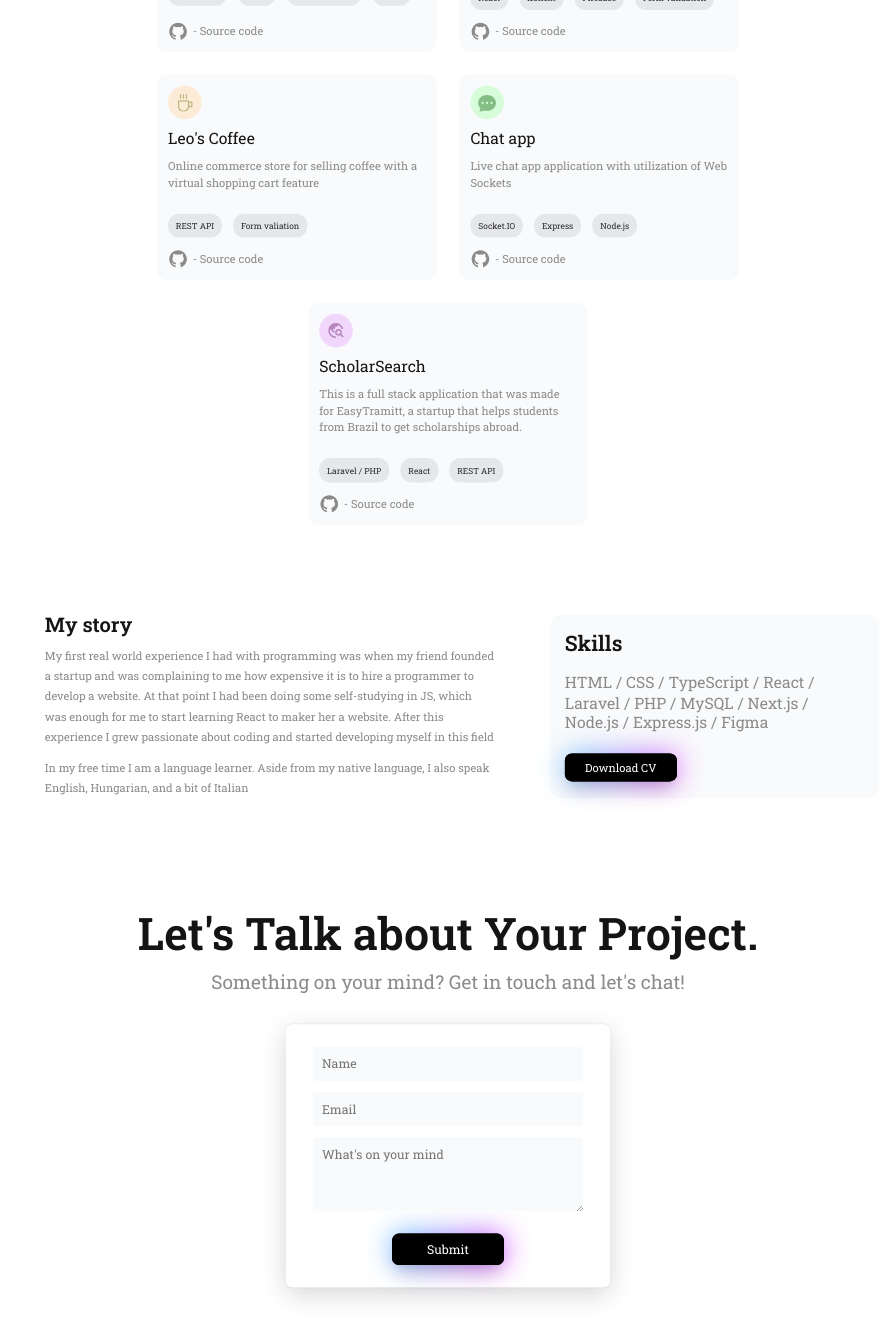
Repository: Leoka2000/portfolio-final
Page: /
The author's editor kept a copy of each file at every save. The page is drawn from the files as they stood at one save, then again after the next save.
The browser window is 1280 px wide. The pictures show the part of the page from y = 1045 to 2965 px (the page is 2965 px tall), at 70% of full size.
The page's requests for data from a server got no answer. Some web fonts or font styles are not loaded; a fallback is used. The project was rebuilt for these pictures with package versions that can differ from the ones it lists, and the page was loaded fresh each time. No one was signed in, and anything a server would have sent is missing. Also part of the build but not shown: src/App.css. Imported but missing from the stored project, and not drawn on this page: src/assets/LeoCV.pdf, src/assets/ScholarSearch.mp4.

Above is the page before, as saved 2023-05-11 19:31:49.

### public/index.html
<!DOCTYPE html>
<html lang="en">
  <head>
    <meta charset="utf-8" />
    <link rel="icon" href="%PUBLIC_URL%/favicon.ico" />
    <meta name="viewport" content="width=device-width, initial-scale=1" />
    <meta name="theme-color" content="#000000" />
    <meta
      name="description"
      content="Web site created using create-react-app"
    />
    <link rel="apple-touch-icon" href="%PUBLIC_URL%/logo192.png" />
    <!-- font -->
    <link rel="preconnect" href="https://fonts.googleapis.com">
    <link rel="preconnect" href="https://fonts.gstatic.com" crossorigin>
    <link href="https://fonts.googleapis.com/css2?family=Fira+Sans+Extra+Condensed:wght@300&family=Roboto+Condensed:wght@300&family=Roboto+Slab:wght@400;500;600&display=swap" rel="stylesheet">

    <!-- font -->
    <link rel="manifest" href="%PUBLIC_URL%/manifest.json" />

    <title>React App</title>
  </head>
  <body>
    <noscript>You need to enable JavaScript to run this app.</noscript>
    <div id="root"></div>
    <!--
      This HTML file is a template.
      If you open it directly in the browser, you will see an empty page.

      You can add webfonts, meta tags, or analytics to this file.
      The build step will place the bundled scripts into the <body> tag.

      To begin the development, run `npm start` or `yarn start`.
      To create a production bundle, use `npm run build` or `yarn build`.
    -->
  </body>
</html>

### src/pages/main/home.jsx
import React from 'react'
import Navbar from '../../compontents/navbar/navbar'
import Hero from './hero/hero'
import Work from './work/work-parent'
import About from './about/about'
import Contact from '../contact/contact'


const Home = () => {
  return (
    <>
      <Hero/>
      <Work/>
      <About/>
      <Contact/>
    </>
  )
}

export default Home

### src/compontents/navbar/navbar.css
.nav-navbar {
    display: flex;
    justify-content: flex-start;

    align-items: center;
    height: 90px;
}

.nav-navbar > span {
    display: flex;
    color: var(--h1);
    text-align: center;
    align-items: center;
    justify-content: center;
    background-color: #f5f5f5;
    font-weight: 300;
    padding: 9px 30px;
    border-radius: 30px;
    height: 2rem;
    gap: 1rem;
    width: auto;
    position: absolute;
    right: 30rem;

}
.nav-navbar > span > div {
width: 1.4rem;
border-radius: 100%;
background-color: rgb(101, 223, 101);
height: 1.4rem;
}
.dropdown-menu{
    position: absolute;
    right: 0;
    margin-right: 2rem;


}
.nav-dropdown {
    transform: none;
    transition: all 2s ease-in-out;
    margin-top: 1rem;
    background-color: #f5f5f5;
    position: absolute;
    top: 1;
    right: 0;
    border-radius: 10px;
    width: 10rem;
    height: 8.5rem;
    font-size: 1.2rem;
    transition: all .2s ease-in-out;
    box-shadow: rgba(0, 0, 0, 0.1) 0px 20px 25px -5px, rgba(0, 0, 0, 0.04) 0px 10px 10px -5px;
    opacity:1;
    transition:

     0s linear,
     1s linear;
}
.nav-dropdown::before {
    content: "";
z-index: -1;
position: absolute;
top: 0;
right: 0;
bottom: 0;
left: 0;
background: linear-gradient(-45deg,#e81cff,#40c9ff);
transform: translateZ(0) scale(.95);
filter: blur(20px);
opacity: .6;
transition: .3s;
border-radius: inherit;
transition: all 2s ease-in-out;

}
.dropdown{

    list-style: none;
    display: flex;
 flex-direction: column;
 padding: 1rem;
 transform: none;
 opacity:1;
    transition:

     0s linear,
     1s linear;


}

.dropdown > a {
    list-style: none;
    width: 84%;
    display: flex;
    padding: 0.5rem 1rem 0.5rem 0.7rem;
}
.dropdown > a > a {
    width: 100%;
}
.dropdown a:hover {
    background-color: rgb(219, 219, 219);
    cursor: pointer;
    border-radius: 10px;
    transition: 0.2s;
}
.nav-navbar > div > button {
    background-color: transparent;
    outline: none;
    border: none;
    display: flex;
    align-items: center;
    background-color: #f5f5f5;
    border-radius: 10px;

    padding: 0.8rem;
    justify-content: center;
    gap: 0.2rem;
    cursor: pointer;
    position: relative;
    transition: 0.3s;
}
.nav-navbar > div > button:hover {
background-color: rgb(228, 228, 228);
transform: scale(1.1);
}
.dropdown-menu > button > p {
    font-size: 1.2rem;

}
.dropdown-menu button svg {
    font-size: 1.5rem;
}

### src/pages/main/hero/hero.jsx
import React from 'react'
import {AiFillGithub} from 'react-icons/ai'
import {AiOutlineMail} from 'react-icons/ai'
import {AiFillLinkedin} from 'react-icons/ai'
import './hero.css'
import { Link } from 'react-scroll'

const hero = () => {
  return (
    <>
      <section className='hero-section'>
        <h1>Hi, I'm Leo, a front-end developer</h1>
        <p>I build things for the web primarily using React. Currently living in Hungary</p>
        <div className='icons-wrapper'>
          <a href='https://www.linkedin.com/in/leoreus/'><AiFillGithub/></a>
          <a href='https://github.com/Leoka2000'><AiOutlineMail/> </a>
          <a><AiFillLinkedin/></a>
        </div>
        <button className='hero-btn'> <Link to="contact" spy={true} smooth={true} offset={100} duration={500}>Hire me</Link></button>
      </section>
    </>
  )
}

export default hero

### src/pages/main/about/about.js
import React from 'react'
import './about.css'
import ThingsIDo from './thingsido/index'
import Skills from './skills/index'

const about = () => {
  return (
    <section id='about' className='about-section'>
      <ThingsIDo/>
      <Skills/>
    </section>
  )
}

export default about

### src/pages/main/hero/hero.css
.hero-section {
    display: flex;
    flex-direction: column;
    text-align: center;
    align-items: center;
    padding: 4rem 2rem 2rem 2rem;
    justify-content: center;
    gap: 1.5rem
}
.hero-section h1 {
    color: var(--h1);
    font-size: 5rem;
}
.hero-section p {
    color: var(--p);
    font-size: 2rem;
    line-height: 2.5rem;
    width: 80%;

}
.icons-wrapper {
    font-size: 2rem;
    color: var(--p);
    background-color: #f5f5f5;
    border-radius: 25px;
    align-items: center;
    padding: 0.8rem 0 0.5rem 0;
    width: 12rem;
    display: flex;
    justify-content: center;
    gap: 1rem;
    cursor: pointer;

}
.icons-wrapper a {
    text-decoration: none;
    color: var(--p);
}
.icons-wrapper svg {
    transition: 0.4s;
}
.icons-wrapper svg:hover {
    color: rgb(0, 0, 0);
}


.hero-section > button {
    font-family: 'Fira Sans Extra Condensed', sans-serif;

    font-family: 'Inter', sans-serif;

    font-family: 'Roboto Condensed', sans-serif;

    font-family: 'Roboto Slab', serif;

    display: flex;
    justify-content: center;
    align-items: center;
    color: white;
    font-size: 1.3rem;
    width: 10rem;
    height: 3.5rem;
    border-radius: 10px;
    outline: none;
    background-color: black;
    border: none;
    position: relative;
    cursor: pointer;
    transition: all .2s ease-in-out;
    box-shadow: rgba(0, 0, 0, 0.1) 0px 20px 25px -5px, rgba(0, 0, 0, 0.04) 0px 10px 10px -5px;
}
.hero-section > button::before {
    content: "";
z-index: -1;
position: absolute;
top: 0;
right: 0;
bottom: 0;
left: 0;
background: linear-gradient(-45deg, #e81cff, #40c9ff);
transform: translateZ(1) scale(.98);
filter: blur(20px);
opacity: .6;
transition: opacity .3s;
border-radius: inherit;
transition: all .2s ease-in-out;
}
.hero-section > button::after {

        content: "";
        z-index: -1;
        position: absolute;
        top: 0;
        right: 0;
        bottom: 0;
        left: 0;
        background: inherit;
        border-radius: inherit;
      }

.hero-section > button:hover {
transform: scale(1.1);
background-color: white;
color: black;
}



@media screen and (max-width: 1000px) {
    .hero-section > h1 {
        color: var(--h1);
        font-size: 2rem;
    }
    .hero-section > p {
        font-size: 1.2rem;
        line-height: 1.4rem;
    }

}

### src/pages/main/work/work.css
.work-section {
    display: flex;
    flex-direction: column;
    justify-content: center;
    padding: 4rem 1rem 1rem 1rem;

}
.work-section > header {
text-align: center;
font-size:2.5rem;
}

.work-main {
    padding-top: 4rem;
    display: flex;
    gap: 2rem;
    flex-wrap: wrap;
    justify-content: center;
}
.individual-wrapper {
    background-color: var(--background);
    width: 23rem;
    display: flex;
    justify-content: space-between;
    flex-direction: column;
gap: 1rem;
padding: 1rem;
border-radius: 15px;
height: auto;
transition: 0.5s;
}
.individual-wrapper:hover {
    transform: scale(1.02);
    background-color: rgb(241, 241, 241);

}
.individual-wrapper > h1 {
    font-size: 1.4rem;
    font-weight: 400;
}
.individual-wrapper > span {
    font-size: 1.6rem;
    background-color: var(--background-dark);
    border-radius: 100%;
    width: 3rem;
    height: 3rem;
    justify-content: center;
    align-items: center;
    display: flex;
}
.individual-wrapper > p {
    color: var(--p);
    line-height: 1.5rem;
}
.key-wrapper {
    display: flex;
    gap: 1rem
}
.key-wrapper > span {
    margin-top: 1rem;
    text-align: center;
    padding: 0.7rem;
    border-radius: 16px;
    width: auto;
    display: block;
    font-weight: 100;
    font-size: 0.75rem;
    background-color: var(--background-dark);
    color :rgb(43, 43, 43)
}

a { color: inherit;
text-decoration: none;
}
.individual-wrapper > a {
    font-size: 1.8rem;
    cursor: pointer;
    display: flex;
    color: var(--p);
    align-items: center;
    gap: 0.4rem;
    transition: 0.3s;
}
.individual-wrapper > a > p {
    color: var(--p);
    font-size: 1rem;
    transition: 0.3s;

}

.individual-wrapper > a:hover #hover {
    color: black;
}

.individual-wrapper > a:hover {
    color: black;
}
#work-1 {
    background-color: rgb(215, 232, 252);
    color: rgb(133, 190, 188);
}

#work-2 {
    background-color: rgb(215, 252, 217);
    color: rgb(133, 190, 133);
}
#work-3 {
    background-color: rgb(252, 235, 215);
    color: rgb(190, 184, 133);
}
#work-4 {
    background-color: rgb(215, 252, 217);
    color: rgb(133, 190, 133);
}
#work-5 {
    background-color: rgb(241, 215, 252);
    color: rgb(183, 133, 190);
}

  .video-overlay {
    position: fixed;
    top: 0;
    left: 0;
    width: 100%;
    height: 100%;
    background-color: rgba(0, 0, 0, 0.8);
    display: flex;
    justify-content: center;
    align-items: center;
    z-index: 9999;
  }

  .video-overlay video {
    max-width: 90%;
    max-height: 90%;
  }

  .video-overlay button {
    background-color: #fff;
    position: absolute;
    color: #000;
    border: none;
    right: 4rem;
    top: 12rem;
    padding: 10px 20px;
    font-size: 16px;
    border-radius: 4px;
    cursor: pointer;
  }

  .video-overlay button:hover {
    background-color: #000;
    color: #fff;
  }

### src/pages/main/work/projects/bionexus/index.jsx
import React from 'react'
import {FaBusinessTime} from 'react-icons/fa'
import {AiFillGithub} from 'react-icons/ai'

const index = () => {
  return (
    <a target='_blank' href='https://bionexusjr.com' className='individual-wrapper'>
    <span id='work-2'><FaBusinessTime/></span>
    <h1>BioNexusJr's landing page</h1>
    <p>Landing page for Hungary's first junior enterprise - BioNexusJr. Integrated with i18next's API for implementing a translation feature between English and Hungarian</p>
    <div className='key-wrapper'>
    <span>React</span>
      <span>i18next</span>
      <span>Firebase</span>
      <span>Form validation</span>
    </div>
    <a href='https://github.com/Leoka2000/BioNexus-s-Website'><AiFillGithub/><p id='hover'>- Source code</p></a>
  </a>
  )
}

export default index

### src/pages/main/work/projects/coffee/index.jsx
import React from 'react'
import {AiOutlineCoffee} from 'react-icons/ai'
import {AiFillGithub} from 'react-icons/ai'

const index = () => {
  return (
    <a target='_blank'  href='https://voluble-salamander-19402b.netlify.app/' className='individual-wrapper'>
      <span id='work-3'><AiOutlineCoffee/></span>
      <h1>Leo's Coffee</h1>
      <p>Online commerce store for selling coffee with a virtual shopping cart feature</p>
      <div className='key-wrapper'>
        <span>REST API</span>
        <span>Form valiation</span>
      </div>
      <a href='https://www.facebook.com/'><AiFillGithub/><p id='hover'>- Source code</p></a>
    </a>
  )
}

export default index

### src/pages/main/work/projects/chatapp/index.jsx
import React from 'react'
import {BsFillChatDotsFill} from 'react-icons/bs'
import {AiFillGithub} from 'react-icons/ai'

const index = () => {
  return (
    <a target='_blank'  href='https://idyllic-horse-830bac.netlify.app/' className='individual-wrapper'>
    <span id='work-4'><BsFillChatDotsFill/></span>
    <h1>Chat app</h1>
    <p>Live chat app application with utilization of Web Sockets</p>
    <div className='key-wrapper'>
      <span>Socket.IO</span>
      <span>Express</span>
      <span>Node.js</span>
    </div>
    <a href='https://www.facebook.com/'><AiFillGithub/><p id='hover'>- Source code</p></a>
  </a>
  )
}

export default index

### src/pages/main/work/projects/easy/index.jsx
import React, { useState } from 'react';
import { MdTravelExplore } from 'react-icons/md';
import { AiFillGithub } from 'react-icons/ai';
import video from '../../../../../assets/ScholarSearch.mp4';

const Index = () => {
  const [isVideoPlaying, setIsVideoPlaying] = useState(false);

  const handleVideoClick = () => {
    setIsVideoPlaying(true);
    disableScroll();
  };

  const handleQuitVideo = () => {
    setIsVideoPlaying(false);
    enableScroll();
  };

  const disableScroll = () => {
    document.body.style.overflow = 'hidden';
  };

  const enableScroll = () => {
    document.body.style.overflow = '';
  };

  return (
    <div>
      <a onClick={handleVideoClick}
        target="_blank"
        className="individual-wrapper"
      >
        <span id="work-5">
          <MdTravelExplore />
        </span>
        <h1>ScholarSearch</h1>
        <p>
          This is a full stack application that was made for EasyTramitt, a
          startup that helps students from Brazil to get scholarships abroad.
        </p>
        <div className="key-wrapper">
          <span>Laravel / PHP</span>
          <span>React</span>
          <span>REST API</span>
        </div>
        <a href="https://www.facebook.com/">
          <AiFillGithub />
          <p id="hover">- Source code</p>
        </a>
      </a>

      {isVideoPlaying && (
        <div className="video-overlay">
          <video src={video} controls autoPlay />
          <button onClick={handleQuitVideo}>Quit</button>
        </div>
      )}
    </div>
  );
};

export default Index;

### src/pages/main/work/projects/cryptoapp/index.jsx
import React from 'react'
import {SiBitcoin} from 'react-icons/si'
import {AiFillGithub} from 'react-icons/ai'

const index = () => {
  return (
    <a target='_blank'  href='https://regal-macaron-8fc4ed.netlify.app/' className='individual-wrapper'>
      <span id='work-1'><SiBitcoin/></span>
      <h1>CryptoApp</h1>
      <p>By consuming the CoinGecko API, the app provides live updates on different cryptocurrency informations</p>
      <div className='key-wrapper'>
      <span>TypeScript</span>
      <span>React</span>
        <span>CoinGecko API</span>
        <span>Axios</span>
      </div>
      <a href='https://github.com/Leoka2000/CryptoApp'><AiFillGithub/><p id='hover'>- Source code</p></a>
    </a>
  )
}

export default index

### src/pages/main/about/about.css
.about-section {
    display: flex;
    gap: 0.5rem;
    padding: 7rem 1.5rem 5rem 4rem;
}

.left {
    display: flex;
    flex-direction: column;
    width: 50rem;
    gap: 1rem;

}
.left > h1 {
    color: var(--h1);
    font-size: 1.8rem;
}
.left > p {
    line-height: 1.8rem;
    color: var(--p);
    font-size: 1rem;
    font-weight: normal;
    -webkit-font-smoothing: antialiased;
    -moz-osx-font-smoothing: grayscale;
    width: 90%;

}

.right {
    display:flex;
    flex-direction: column;
    background-color: var(--background);
    border-radius: 16px;
    gap:1.6rem;
    padding: 1.3rem;
    justify-content: space-evenly;
    z-index: 0;
    width: 30rem;

}
.right > h1 {
    font-size: 1.9rem;
}
.right > p {
    color: var(--p);
    font-size: 1.4rem;
    line-height: 1.8rem;
    width: 95%;
}
.right-btn {
    display: flex;
    justify-content: center;
    align-items: center;
    color: white;
    font-size: 1rem;
    width: 10rem;
    height: 2.5rem;
    border-radius: 10px;
    outline: none;

    background-color: black;
    border: none;
    position: relative;
    cursor: pointer;
    transition: all .2s ease-in-out;
    box-shadow: rgba(0, 0, 0, 0.1) 0px 20px 25px -5px, rgba(0, 0, 0, 0.04) 0px 10px 10px -5px;
    font-family: 'Fira Sans Extra Condensed', sans-serif;

    font-family: 'Inter', sans-serif;

    font-family: 'Roboto Condensed', sans-serif;

    font-family: 'Roboto Slab', serif;
}
.right-btn::before {
    content:"";
z-index: -1;
position: absolute;
top: 0;
right: 0;
bottom: 0;

left: 0;
background: linear-gradient(-45deg, #e81cff, #40c9ff);
transform: translateZ(1) scale(.98);
filter: blur(20px);
opacity: 0.8;
transition: opacity .3s;
border-radius: inherit;
transition: all .2s ease-in-out;
}
.right-btn::after {

        content: "";
        z-index: -1;
        position: absolute;
        top: 0;
        right: 0;
        bottom: 0;
        left: 0;
        background: inherit;
        border-radius: inherit;
      }

      .right-btn:hover {
transform: scale(1.1);
background-color: white;
color: black;
}




@media screen and (max-width: 1150px) {
    .right {
        width: 35rem;


    }
    .left {
        width: 40rem;
        padding-left: 1.5rem;
    }
}

@media screen and (max-width: 1000px) {
    .about-section {
        flex-direction: column;
        padding-left: 0rem;
    }
    .right {
        width: 90%;



    }
    .left {
        width: 90%;
        padding-bottom: 1.5rem;


    }
    .left > p {
        width: 100%;
    }

    .right-btn {
        width: 13rem;
    }

    .right > p {

        font-size: 1.2rem;

    }
}

### src/pages/main/about/thingsido/index.jsx
import React from 'react'

const index = () => {
  return (
    <div className='left'>
            <h1>My story</h1>
            <p>My first real world experience I had with programming was when my friend founded a startup and was complaining to me how expensive it is to hire a programmer to develop a website. At that point I had been doing some self-studying in JS, which was enough for me to start learning React to maker her a website. After this experience I grew passionate about coding and started developing myself in this field</p>
            <p>In my free time I am a language learner. Aside from my native language, I also speak English, Hungarian, and a bit of Italian</p>
        </div>
  )
}

export default index

### src/pages/main/about/skills/index.jsx
import React from 'react'
import CV from '../../../../assets/LeoCV.pdf'
import './index.css'



const index = () => {
    return (
        <div className='right'>
            <h1>Skills</h1>
            <p>HTML / CSS / TypeScript / React / Laravel / PHP / MySQL / Next.js / Node.js / Express.js / Figma</p>
            <a href={CV} download className='right-btn'>Download CV</a>
        </div>
    )
}

export default index

### src/pages/contact/contact.css
.contact-session {
    padding: 5rem 1rem 5rem 1rem;
}
.contact-header {
    text-align: center;
    font-size: 1.2rem;
    gap: 1.5rem;
    display: flex;
    flex-direction: column;
}
.contact-header > h1 {
    font-size: 4rem;
    color: var(--h1);
}
.contact-header > p {
    color: var(--p);
    font-size: 1.7rem;
}
.contact-main {
    padding-top: 3rem;
    display: flex;
    justify-content: center;

}
.form {
    display: flex;
    flex-direction: column;
    justify-content: center;
    align-items: center;
    gap: 1rem;
    width: 25rem;
    box-shadow: rgba(0, 0, 0, 0.16) 0px 10px 36px 0px, rgba(0, 0, 0, 0.06) 0px 0px 0px 1px;
    padding: 2rem;
    border-radius: 10px;

}
.input {
    padding: 0.8rem;
    width: 22.5rem;
    outline: 2px solid transparent;
outline-offset: 2px;
border: none;
background-color: var(--background);
border-radius: 4px;
font-size: 1.1rem;
font-family: 'Fira Sans Extra Condensed', sans-serif;

  font-family: 'Inter', sans-serif;

  font-family: 'Roboto Condensed', sans-serif;

  font-family: 'Roboto Slab', serif;

}
.textarea {
padding: 0.8rem;
    width: 22.5rem;
    height: 5rem;
    outline: 2px solid transparent;
outline-offset: 2px;
border: none;
background-color: var(--background);
border-radius: 4px;
font-family: 'Fira Sans Extra Condensed', sans-serif;
font-size: 1.1rem;
  font-family: 'Inter', sans-serif;

  font-family: 'Roboto Condensed', sans-serif;

  font-family: 'Roboto Slab', serif;
}

.error {
  text-align:end;
   color: red;
}
.success {
 color: rgb(16, 184, 80);
 padding-bottom: 0.5rem;
}
.contact-btn {
    font-family: 'Fira Sans Extra Condensed', sans-serif;

    font-family: 'Inter', sans-serif;

    font-family: 'Roboto Condensed', sans-serif;

    font-family: 'Roboto Slab', serif;

    display: flex;
    justify-content: center;
    align-items: center;
    color: white;
    font-size: 1.1rem;
    width: 10rem;
    height: 2.8rem;
    border-radius: 10px;
    outline: none;
    background-color: black;
    border: none;
    position: relative;
    cursor: pointer;
    transition: all .2s ease-in-out;
    box-shadow: rgba(0, 0, 0, 0.1) 0px 20px 25px -5px, rgba(0, 0, 0, 0.04) 0px 10px 10px -5px;
    margin-top: 1rem;
}

.contact-btn::before {
    content: "";
z-index: -1;
position: absolute;
top: 0;
right: 0;
bottom: 0;
left: 0;
background: linear-gradient(-45deg, #e81cff, #40c9ff);
transform: translateZ(1) scale(.9);
filter: blur(20px);
opacity: .9;
transition: opacity .3s;
border-radius: inherit;
transition: all .2s ease-in-out;
}
.contact-btn::after {

        content: "";
        z-index: -1;
        position: absolute;
        top: 0;
        right: 0;
        bottom: 0;
        left: 0;
        background: inherit;
        border-radius: inherit;
      }

.contact-btn:hover {
transform: scale(1.1);
background-color: white;
color: black;
}

@media screen and (max-width: 600px) {

    .contact-header > h1 {

        font-size: 2.5rem;
    }
    .contact-header > p {
        line-height: 2rem;
        font-size: 1.6rem;
    }

}
@media screen and (max-width: 400px) {
    .input, .textarea {
        width: 18rem;
    }
}

Loaded but not shown: src/index.js (common file); src/index.css (common file); src/App.js (common file); src/pages/contact/inputs/index.js (55 lines, source omitted); src/compontents/navbar/navbar.js (35 lines, source omitted); src/pages/main/work/work-parent.js (32 lines, source omitted); src/firebaseConfig.js (27 lines, source omitted); src/pages/contact/contact.js (22 lines, source omitted); src/pages/main/about/skills/index.css (no stored copy; drawn as an empty file)

After the next save:
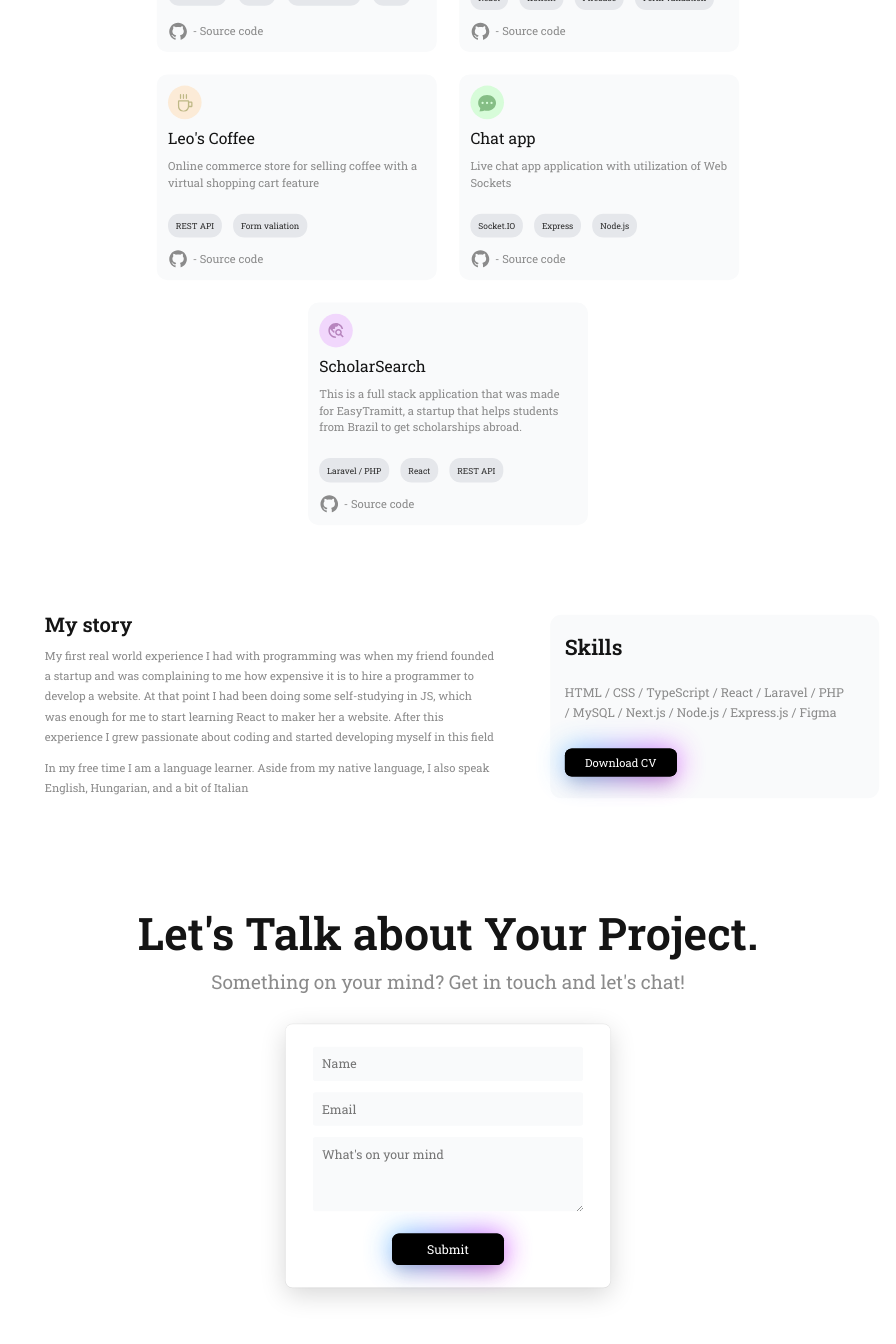
Saved 33 s later.
--- a/src/pages/main/about/about.css
+++ b/src/pages/main/about/about.css
@@ -43,7 +43,7 @@
 }
 .right > p {
     color: var(--p);
-    font-size: 1.4rem;
+    font-size: 1.1rem;
     line-height: 1.8rem;
     width: 95%;
 }
